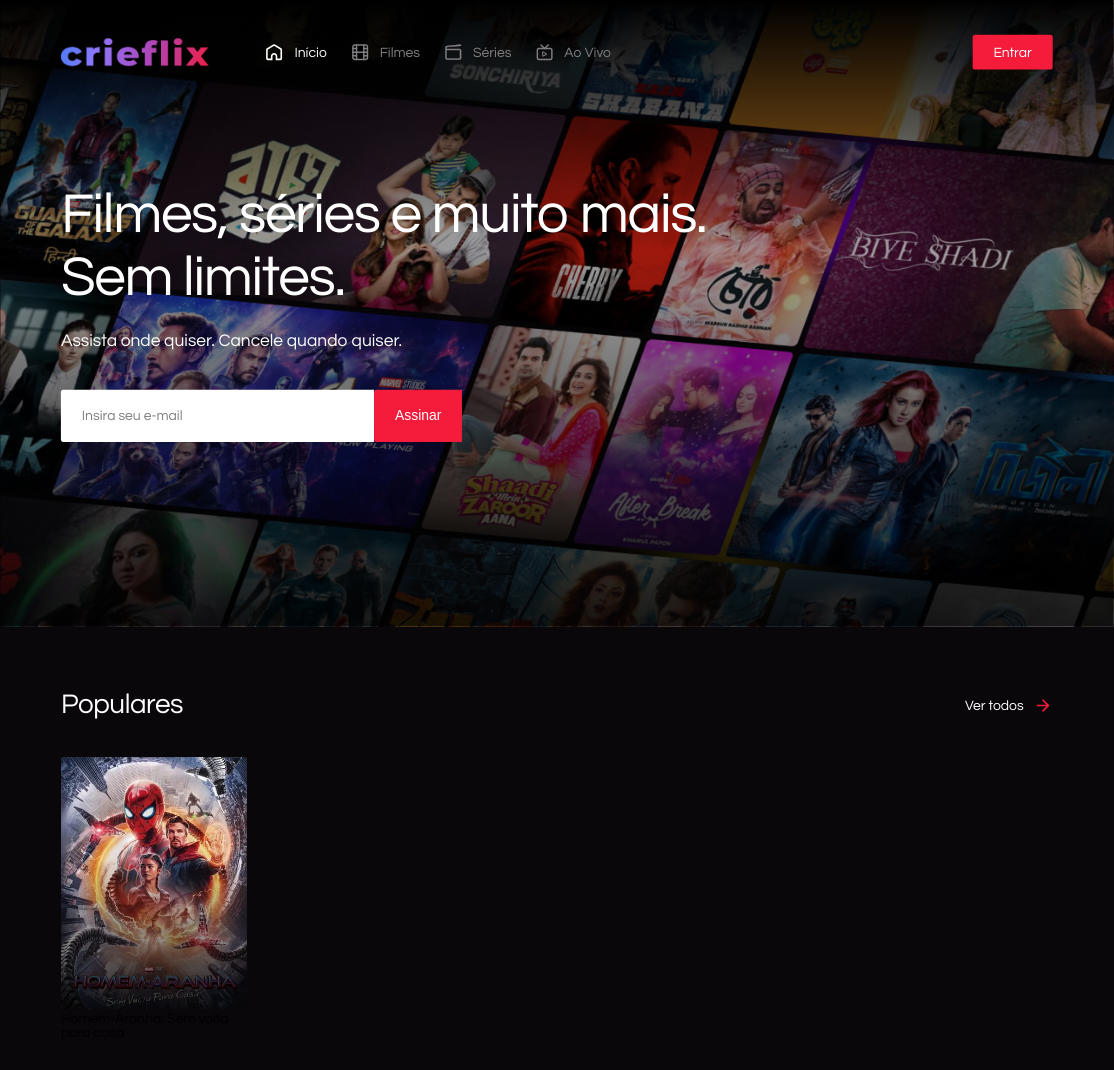
Repository: brunobfuhr/Projeto-ClieFlix
Page: index.html
An editor plug-in stored every save of this project. The page is shown before and after the next save, followed by the edit.
The browser window is 1280 px wide. The pictures show the whole page, at 87% of full size.

Above is the page before, as saved 2022-05-12 17:34:48.

After the next save:
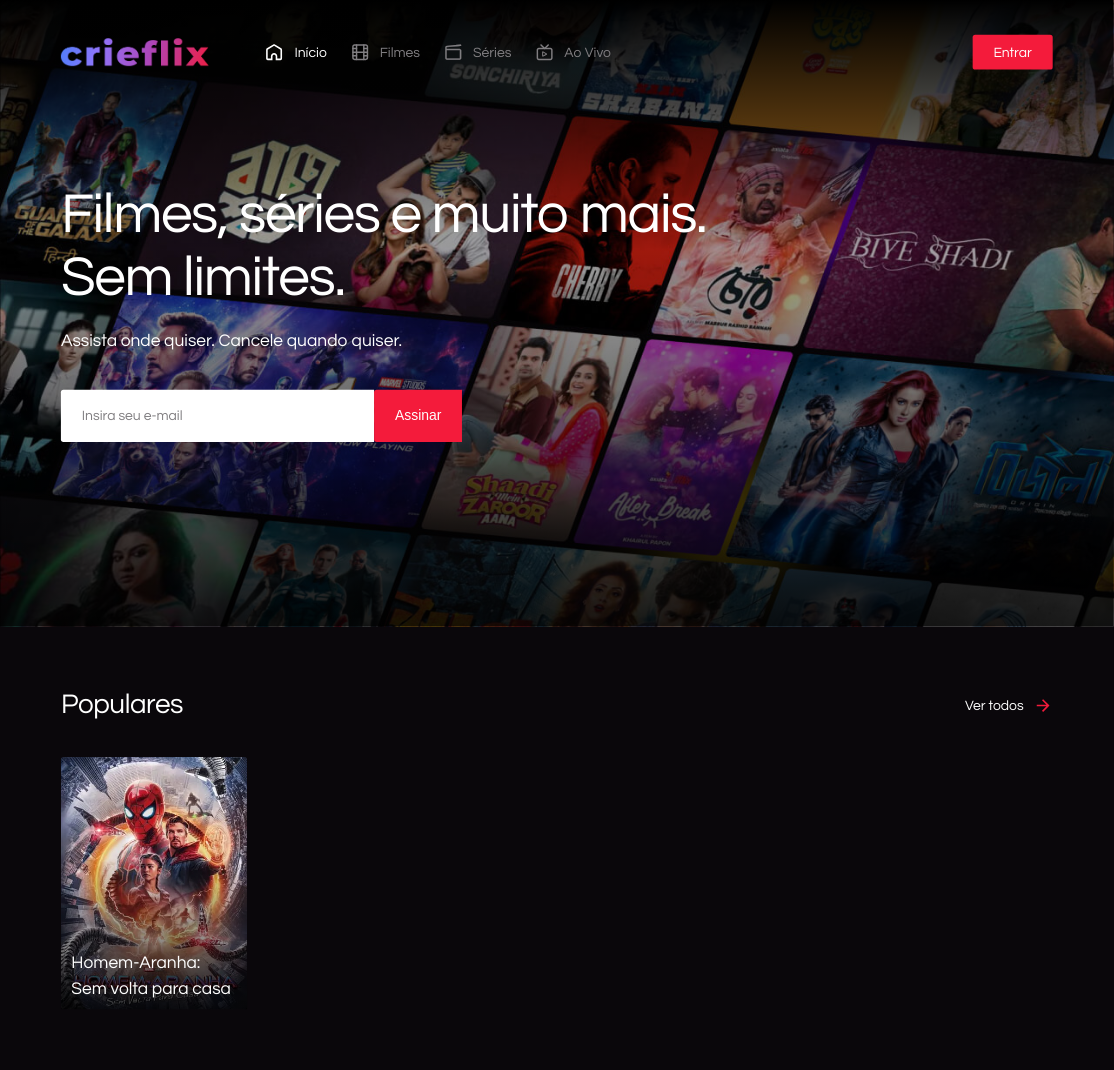
Saved 21 s later.
--- a/index.html
+++ b/index.html
@@ -128,7 +128,7 @@
             </div>
             <div class="cover">
                 <img class="cover__image" src="images/popular/homem-aranha.webp"/>
-                <span>Homem-Aranha: Sem volta para casa</span>
+                <span class="cover__title">Homem-Aranha: Sem volta para casa</span>
             </div>
 
         </div>
